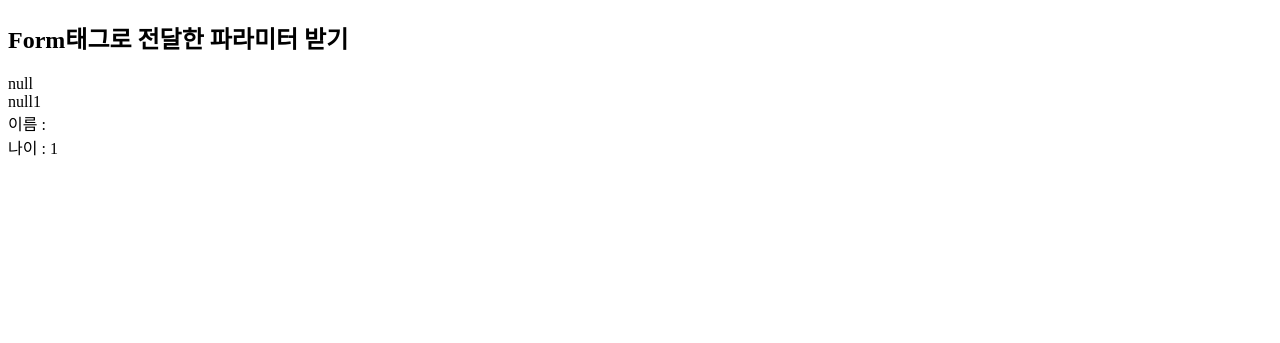
Repository: saeeeem2/2023JSTL
Page: http://localhost/jstl_study/step-3.jsp
An editor plug-in stored every save of this project. The page is shown before and after the next save, followed by the edit.
The browser window is 1280 px wide. The pictures show the whole page.
The page is served by Tomcat 9. Other server files are loaded and not shown.

Above is the page before, as saved 2023-11-22 05:48:47.

### jstl_study/src/main/webapp/step-3.jsp
<%@ page language="java" contentType="text/html; charset=UTF-8"
    pageEncoding="UTF-8"%>
    <%@ taglib uri="http://java.sun.com/jsp/jstl/core" prefix="c" %>
<!DOCTYPE html>
<html>
<head>
<meta charset="UTF-8">
<title>Insert title here</title>
</head>
<body>
<h2>Form태그로 전달한 파라미터 받기</h2>

	<%=request.getParameter("name") %><br>
	<%=request.getParameter("age")+1 %><br>

<!-- EL방식은 내부적으로 형변환을 하여 연산이 가능함 -->
	이름 : ${param.name }<br>
	나이 : ${param.age+1 }<br>

<!-- c:if로 나이가 18세 미만이면 미성년자 입니다.라고 출력 -->
<c:if test="${param.age <18}">
<h2>${param.name }은 미성년자 입니다.</h2>
</c:if>
</body>
</html>

After the next save:
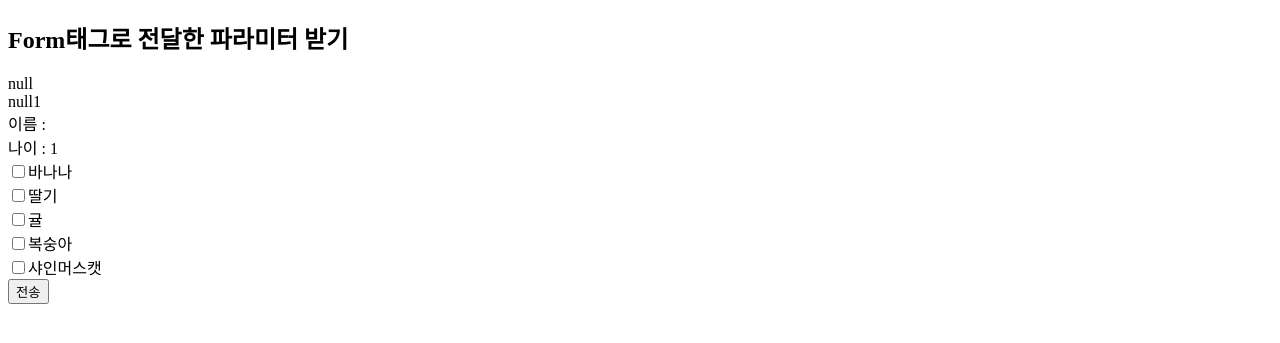
Saved 2 s later.
--- a/jstl_study/src/main/webapp/step-3.jsp
+++ b/jstl_study/src/main/webapp/step-3.jsp
@@ -10,10 +10,11 @@
 <body>
 <h2>Form태그로 전달한 파라미터 받기</h2>
 
+	<!-- 스트립틀릿 방식은 parameter 값이 문자열로 인식, 연산불가능 -->
 	<%=request.getParameter("name") %><br>
 	<%=request.getParameter("age")+1 %><br>
 
-<!-- EL방식은 내부적으로 형변환을 하여 연산이 가능함 -->
+	<!-- EL방식은 내부적으로 형변환을 하여 연산이 가능함 -->
 	이름 : ${param.name }<br>
 	나이 : ${param.age+1 }<br>
 
@@ -21,5 +22,17 @@
 <c:if test="${param.age <18}">
 <h2>${param.name }은 미성년자 입니다.</h2>
 </c:if>
+
+<form action="step-4.jsp">
+
+	<input type="checkbox" name="food" value="바나나">바나나<br>
+	<input type="checkbox" name="food" value="딸기">딸기<br>
+	<input type="checkbox" name="food" value="귤">귤<br>
+	<input type="checkbox" name="food" value="복숭아">복숭아<br>
+	<input type="checkbox" name="food" value="샤인머스캣">샤인머스캣<br>
+	<button type="submit">전송</button>
+
+</form>
+
 </body>
 </html>
